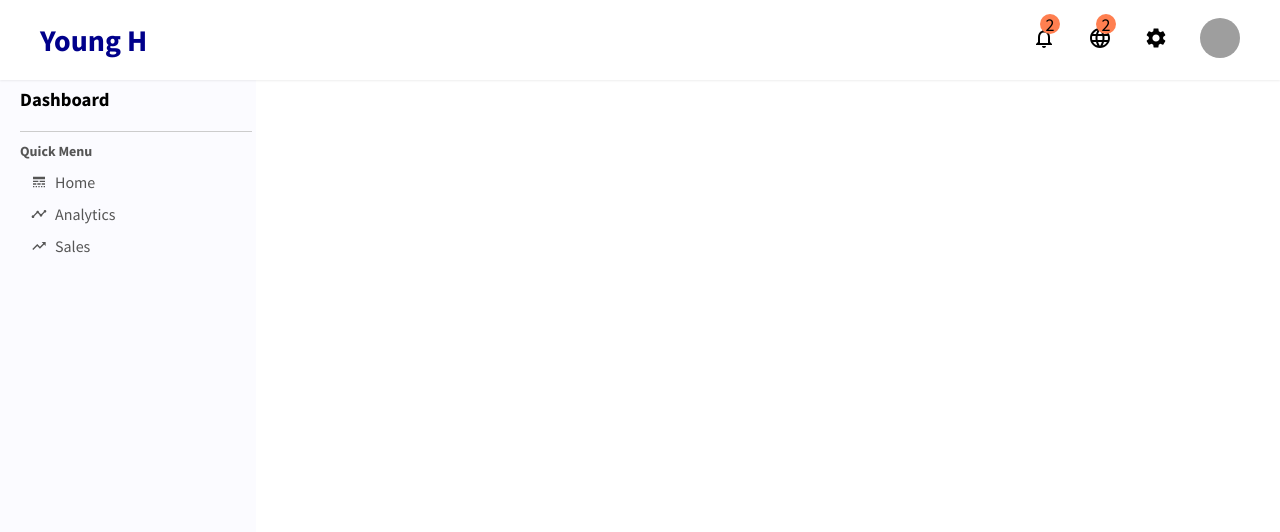
Repository: noname20011/admin
Page: /
These files come from the project's save history. The page is drawn as it stood at one moment and after the next save; the edit follows.
The browser window is 1280 px wide. The pictures show the whole page.
Pictures or frames that could not be fetched are drawn as grey boxes. The project was rebuilt for these pictures with package versions that can differ from the ones it lists, and the page was loaded fresh each time.

Above is the page before, as saved 2021-11-13 10:04:00.

After the next save:
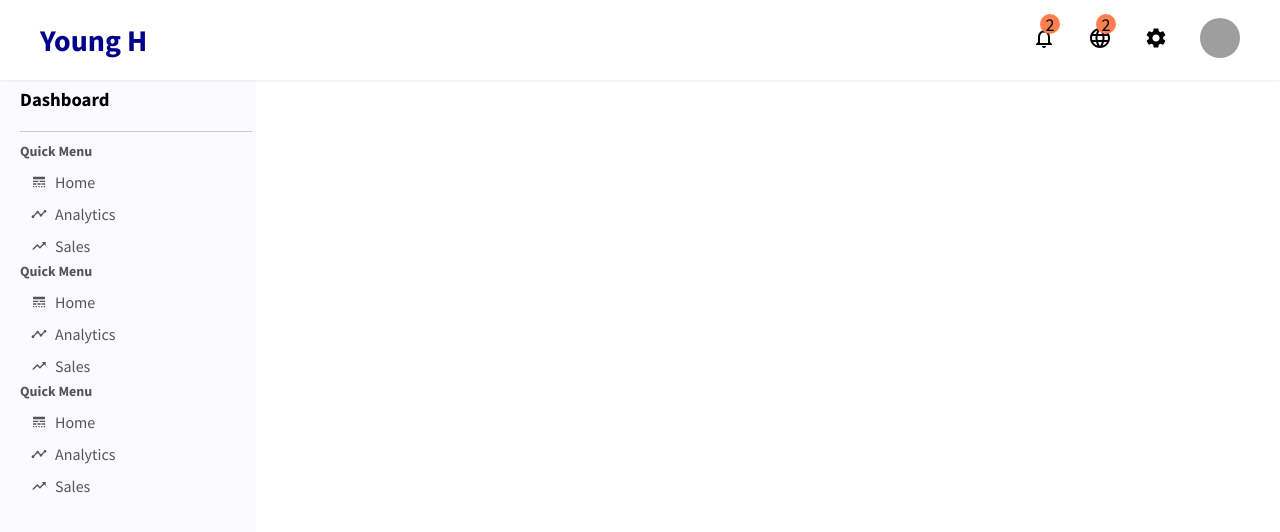
Saved 27 s later.
--- a/src/comopnents/sidebar/Sidebar.jsx
+++ b/src/comopnents/sidebar/Sidebar.jsx
@@ -23,6 +23,40 @@ export default function Sidebar() {
                         </li>
                     </ul>
                 </div>
+                <div className="sideMenu">
+                    <h4 className="sidebarMenuTitle">Quick Menu</h4>
+                    <ul className="sidebarLists">
+                        <li className="sidebarListItem">
+                            <LineStyle className="sidebarIcon"/>
+                            Home
+                        </li>
+                        <li className="sidebarListItem">
+                            <Timeline className="sidebarIcon"/>
+                            Analytics
+                        </li>
+                        <li className="sidebarListItem">
+                            <TrendingUp className="sidebarIcon"/>
+                            Sales
+                        </li>
+                    </ul>
+                </div>
+                <div className="sideMenu">
+                    <h4 className="sidebarMenuTitle">Quick Menu</h4>
+                    <ul className="sidebarLists">
+                        <li className="sidebarListItem">
+                            <LineStyle className="sidebarIcon"/>
+                            Home
+                        </li>
+                        <li className="sidebarListItem">
+                            <Timeline className="sidebarIcon"/>
+                            Analytics
+                        </li>
+                        <li className="sidebarListItem">
+                            <TrendingUp className="sidebarIcon"/>
+                            Sales
+                        </li>
+                    </ul>
+                </div>
             </div>
         </div>
     )
